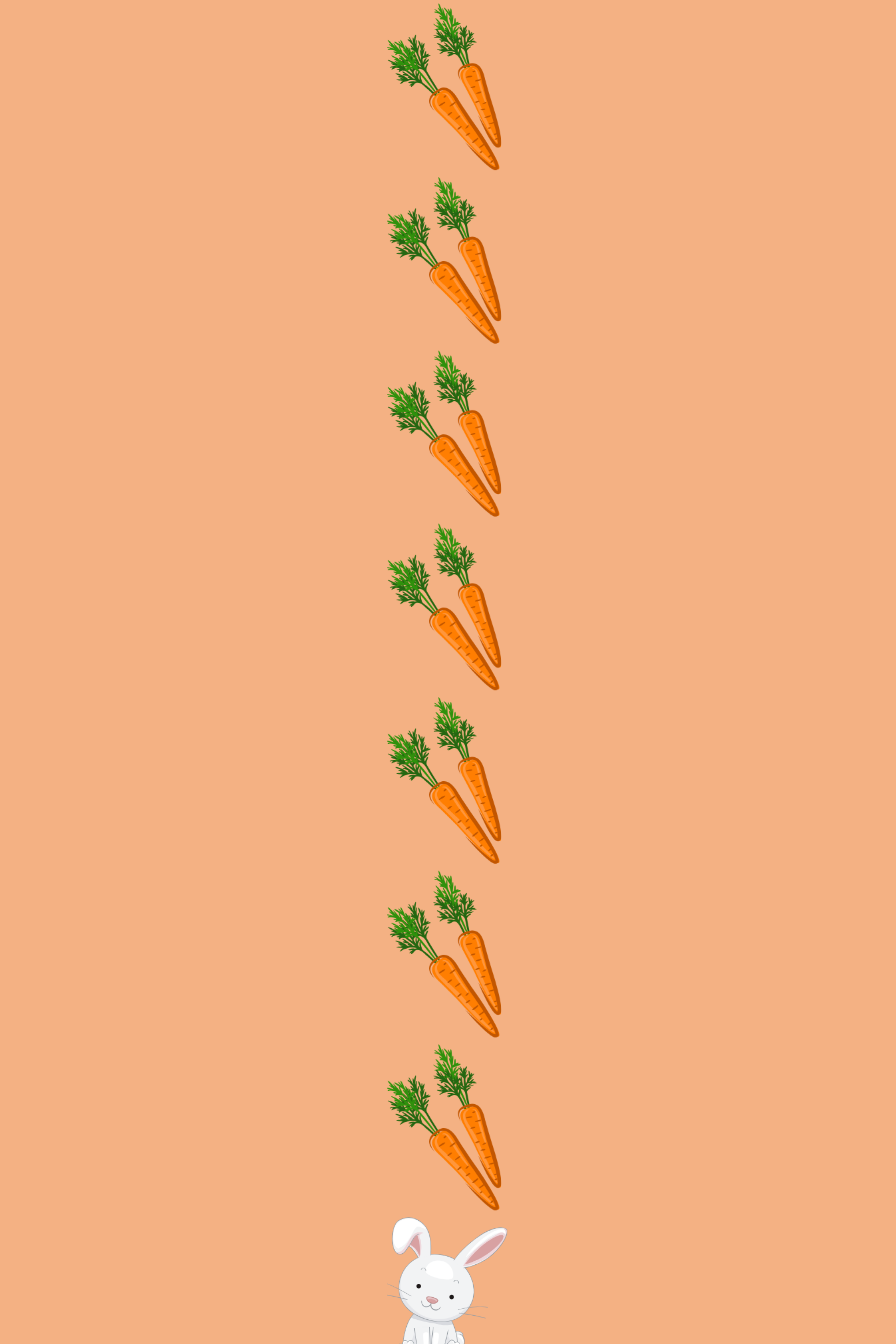
Repository: sephinejo/frontend-browser-101
Page: browser/practice-find-rabbit/index.html
These files come from the project's save history. The page is drawn as it stood at one moment and after the next save; the edit follows.
The browser window is 1280 px wide. The pictures show the part of the page from y = 0 to 1920 px (the page is 2941 px tall before and 2962 px after), at 70% of full size.

Above is the page before, as saved 2023-05-10 21:10:52.

After the next save:
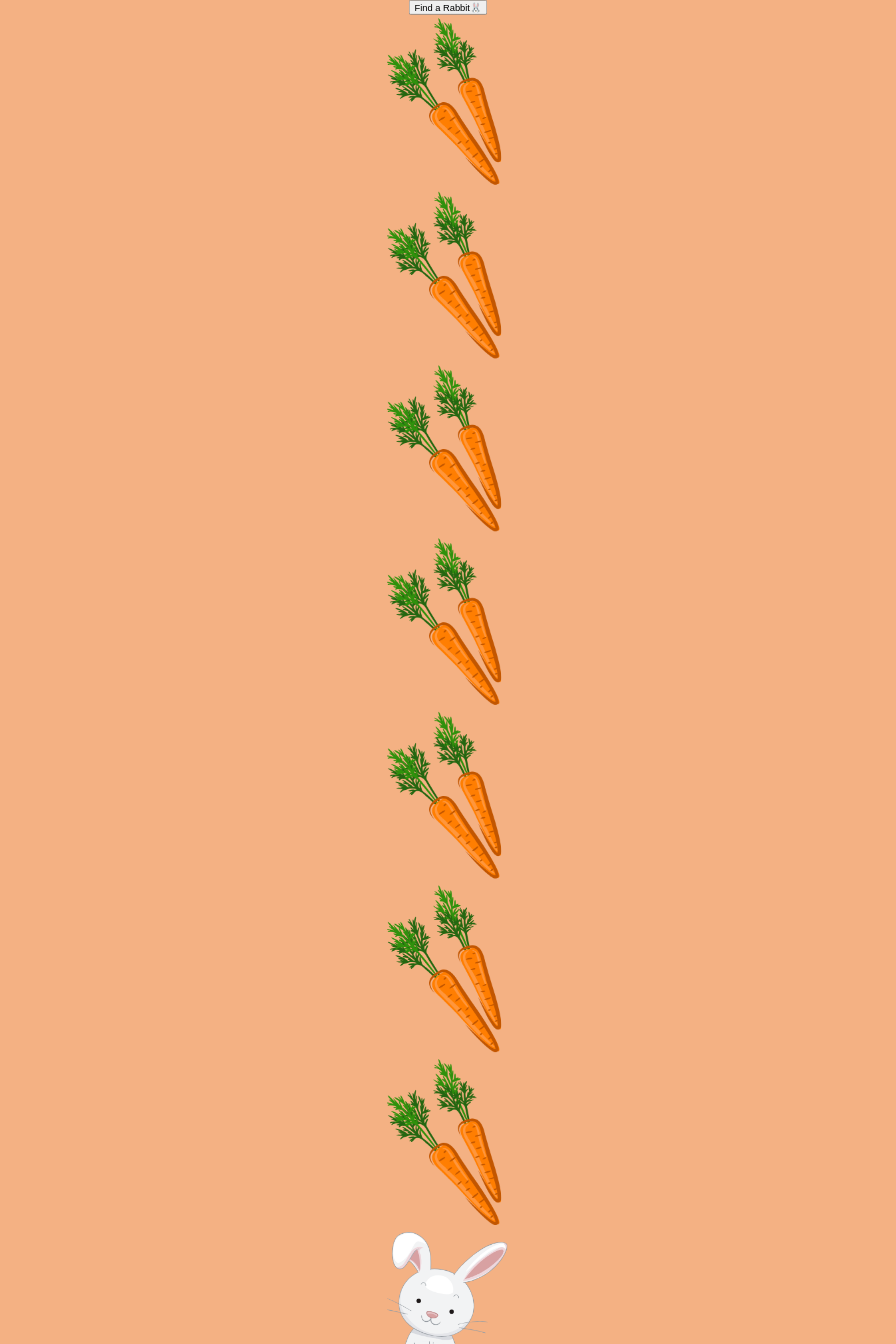
Saved 51 s later.
--- a/browser/practice-find-rabbit/index.html
+++ b/browser/practice-find-rabbit/index.html
@@ -19,6 +19,7 @@
     </style>
   </head>
   <body>
+    <button>Find a Rabbit🐰</button>
     <img src="img/carrot.png" alt="carrot" />
     <img src="img/carrot.png" alt="carrot" />
     <img src="img/carrot.png" alt="carrot" />
